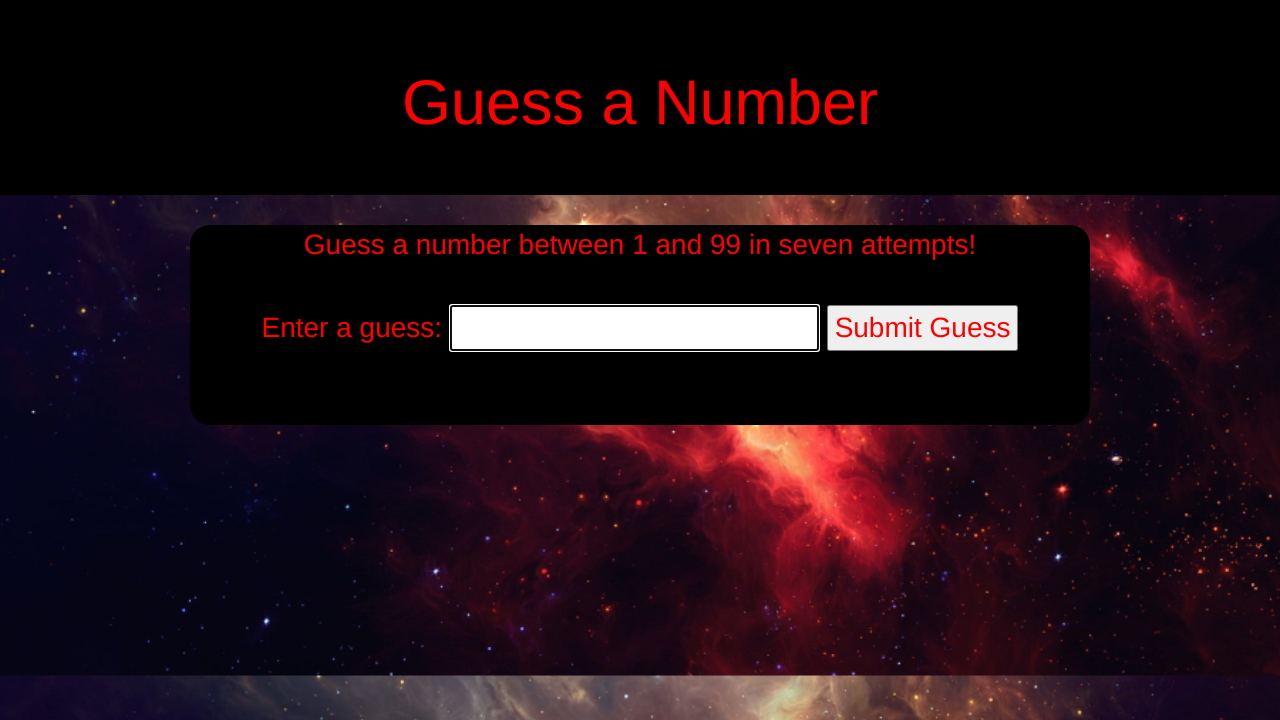
Repository: ElijahHallera/336-Internet-Prog
Page: cst336_spring2020Lab2-master/cst336_spring2020Lab2-master/guessNumber/guessNumber/index.html
The author's editor kept a record of every edit. The page is drawn from the files as they stood at one moment, then again after the next edit.
The browser window is 1280 px wide. The pictures show the whole page.

Above is the page before.

After the next edit:
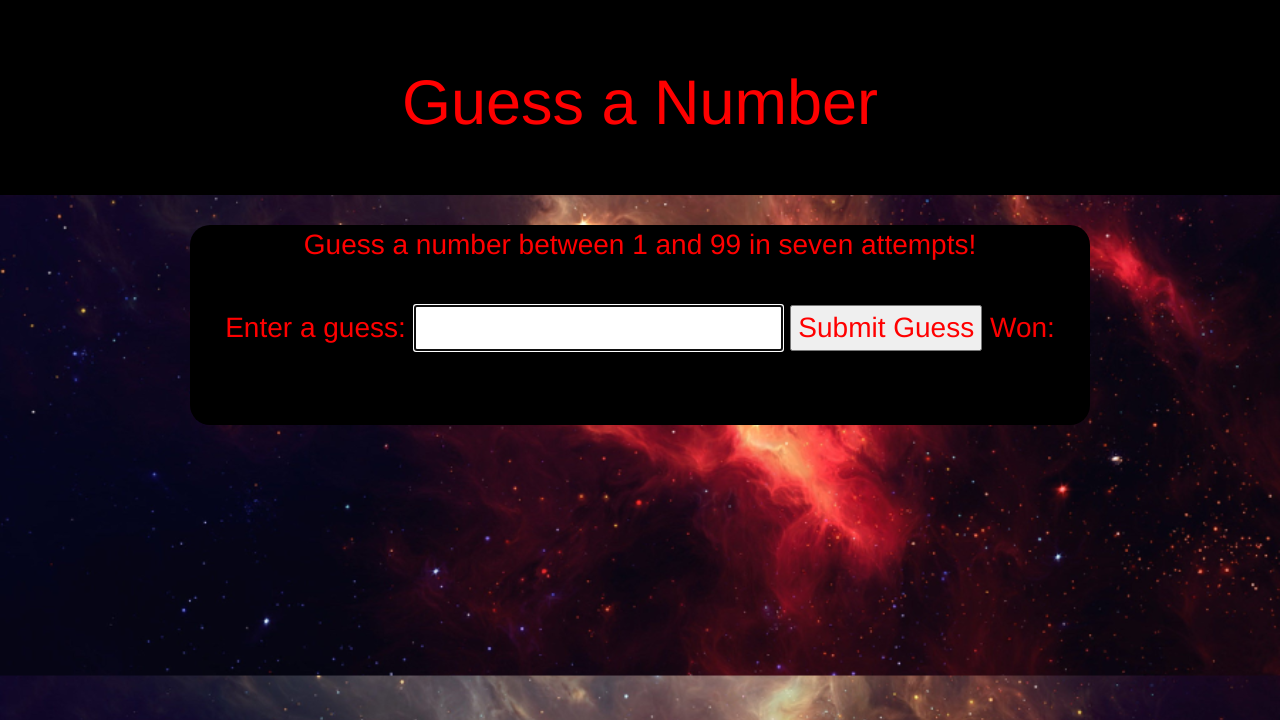
The edit:
--- a/cst336_spring2020Lab2-master/cst336_spring2020Lab2-master/guessNumber/guessNumber/index.html
+++ b/cst336_spring2020Lab2-master/cst336_spring2020Lab2-master/guessNumber/guessNumber/index.html
@@ -24,8 +24,10 @@
 
             <br><br>
             <lable for = "guessField"> Enter a guess: </lable>
+
             <input type = "text" id = "guessField" class = "guessField">
             <input type = "submit" value = "Submit Guess" class = "guessSubmit" >
+            <lable> Won: </lable>
             </br></br>
 
             <p id = "guesses"></p>
